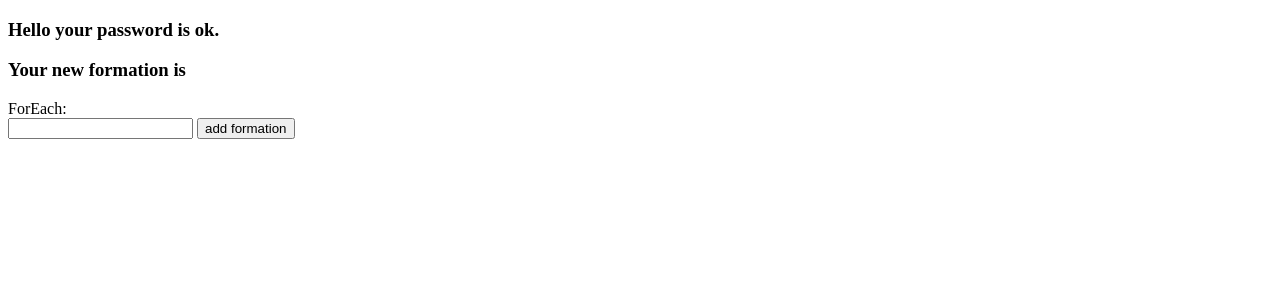
Repository: omarfall2104/mescours
Page: http://localhost/fall-web-validation1/formation.do
An editor plug-in stored every save of this project. The page is shown before and after the next save, followed by the edit.
The browser window is 1280 px wide. The pictures show the whole page.
The page is served by Tomcat 9. Other server files are loaded and not shown.

Above is the page before, as saved 2021-08-26 11:23:23.

### fall-web-validation1/src/main/webapp/WEB-INF/views/home.jsp
<%@ taglib uri="http://java.sun.com/jsp/jstl/core" prefix="c" %>
<%@  page language="java" contentType="text/html; charset=ISO-8859-1"
    pageEncoding="ISO-8859-1" %>
<!DOCTYPE html>
<html>
<head>
<meta charset="ISO-8859-1">
<title>Insert title here</title>
</head>
<body>

<font></font>
<h3>Hello ${name} your password is ${pass} ok.</h3>
<h3>Your new formation is ${formats}</h3>
ForEach:
<c:forEach items="${formats }" var="format">
<li>${format.name }</li>
</c:forEach>
</ol>
<form action="formation.do" method="post">
<input type="text" name="add">
<input type="submit" value="add formation">
</form>

</body>
</html>

### fall-web-validation1/src/main/java/com/saraya/login/FormationServlet.java
package com.saraya.login;
import java.io.IOException;

import javax.servlet.ServletException;
import javax.servlet.annotation.WebServlet;
import javax.servlet.http.HttpServlet;
import javax.servlet.http.HttpServletRequest;
import javax.servlet.http.HttpServletResponse;
import javax.servlet.http.HttpSession;

import com.saraya.model.Formation;
import com.saraya.service.FormationService;

@WebServlet(urlPatterns = "/formation.do")
public class FormationServlet extends HttpServlet {
	FormationService fm = new FormationService();

	@Override
	protected void doGet(HttpServletRequest request, HttpServletResponse response)
			throws IOException, ServletException {
		String nom = request.getParameter("nom");
		request.setAttribute("name", request.getParameter("nom"));
		request.setAttribute("training", fm.getAllFormation());
		request.getRequestDispatcher("/WEB-INF/views/home.jsp").forward(request, response);
	}
	protected void doPost(HttpServletRequest request, HttpServletResponse response)
			throws IOException, ServletException {
		FormationService fm = new FormationService();
		String training = request.getParameter("add");
		fm.addFormation(new Formation(training));
		response.sendRedirect("formation.do");




	}
	}

### fall-web-validation1/src/main/java/com/saraya/model/Formation.java
package com.saraya.model;
public class Formation {
	private String name;

	public Formation(String name) {
		this.name = name;
	}
	public String getName() {
	return name;
	}
	public void setName(String name) {
		this.name = name;
	}
	public String toString() {

		return String.format("Fomation [name=%s]", name);

	}
	public void addFormation() {
		// TODO Auto-generated method stub

	}


}

After the next save:
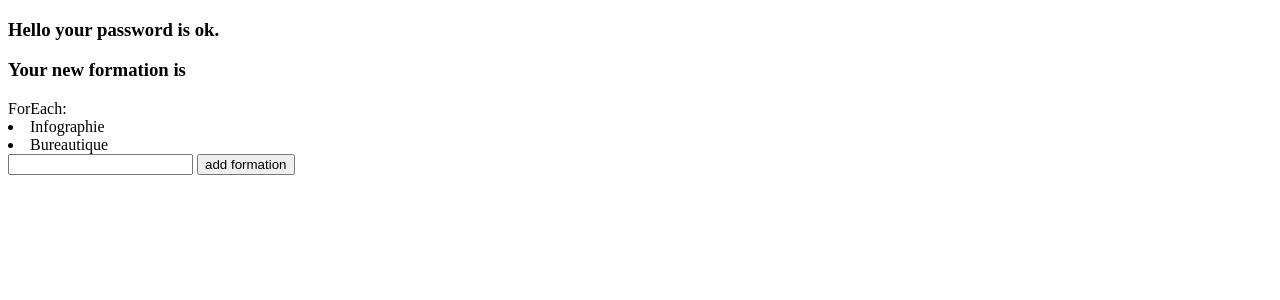
Saved 2 min 32 s later.
--- a/fall-web-validation1/src/main/webapp/WEB-INF/views/home.jsp
+++ b/fall-web-validation1/src/main/webapp/WEB-INF/views/home.jsp
@@ -13,8 +13,9 @@
 <h3>Hello ${name} your password is ${pass} ok.</h3>
 <h3>Your new formation is ${formats}</h3>
 ForEach:
-<c:forEach items="${formats }" var="format">
-<li>${format.name }</li>
+<c:forEach items="${training }" var="train">
+<li>${train.name }</li>
+
 </c:forEach>
 </ol>
 <form action="formation.do" method="post">
